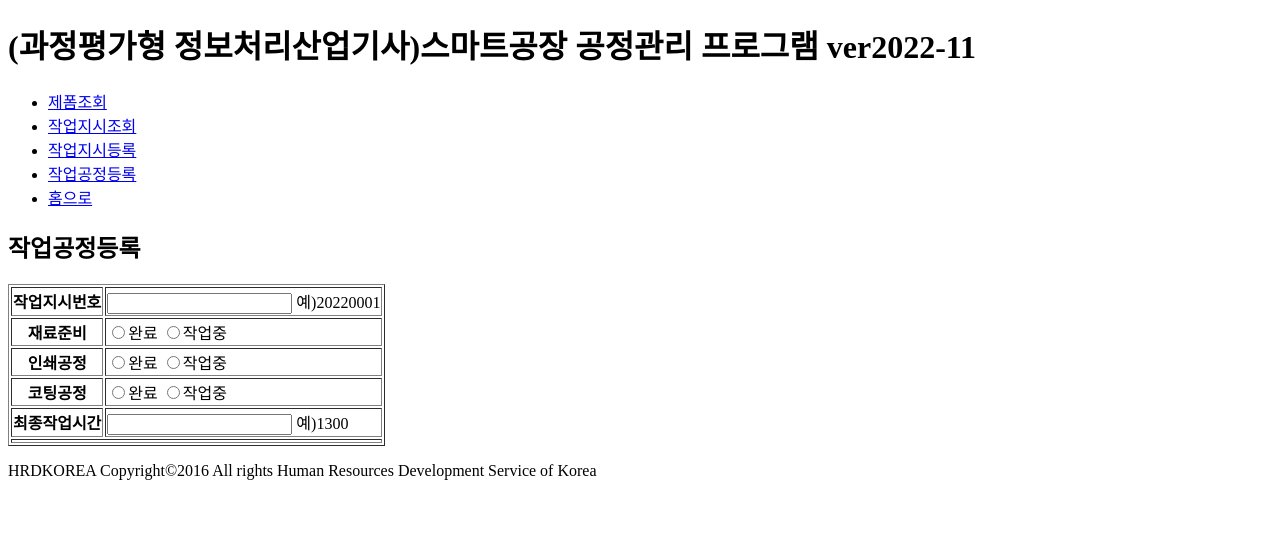
Repository: anakyn01/exam
Page: http://localhost/smart_5/sub3.jsp
An editor plug-in stored every save of this project. The page is shown before and after the next save, followed by the edit.
The browser window is 1280 px wide. The pictures show the whole page.
The page is served by Tomcat 9.

Above is the page before, as saved 2025-01-06 07:13:03.

After the next save:
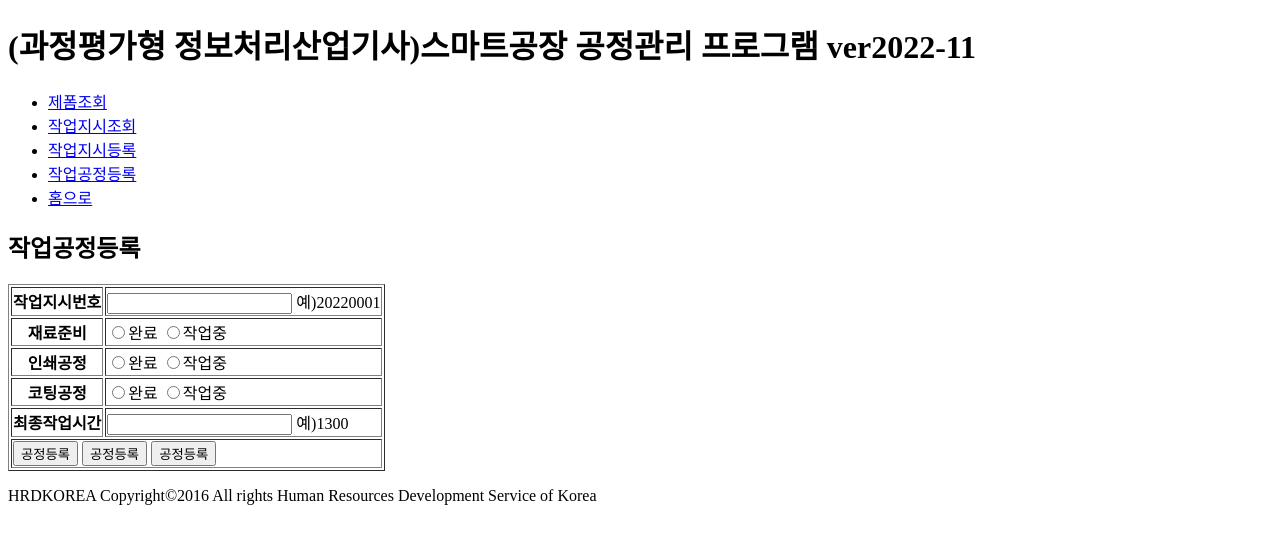
Saved 78 s later.
--- a/smart_5/src/main/webapp/sub3.jsp
+++ b/smart_5/src/main/webapp/sub3.jsp
@@ -42,6 +42,9 @@
 	</tr>
 	<tr>
 <td colspan="2">
+<input type="button" onclick="goSave()" value="공정등록">
+<input type="button" onclick="goSave()" value="공정등록">
+<input type="button" onclick="goSave()" value="공정등록">
 </td>
 	</tr>
 </table>
